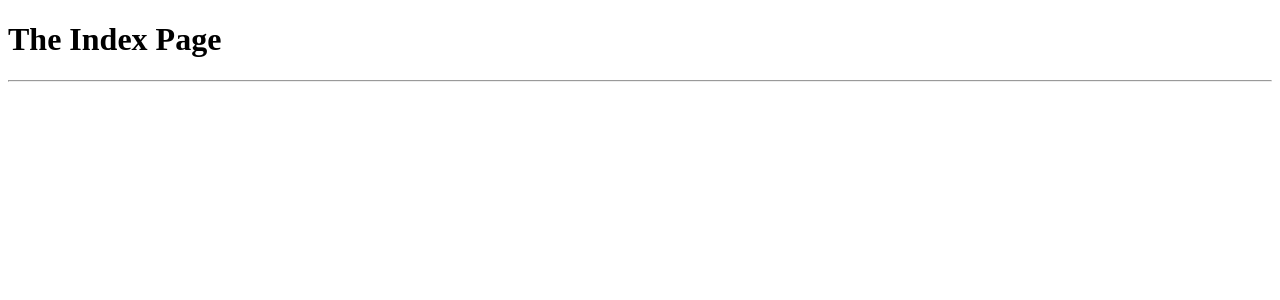
Repository: hohoTT/Ajax_summarize
Page: http://localhost/AjaxHelloDemo/
These files come from the project's save history. The page is drawn as it stood at one moment and after the next save; the edit follows.
The browser window is 1280 px wide. The pictures show the whole page.
The page is served by Tomcat 9.

Above is the page before, as saved 2016-04-13 00:58:40.

After the next save:
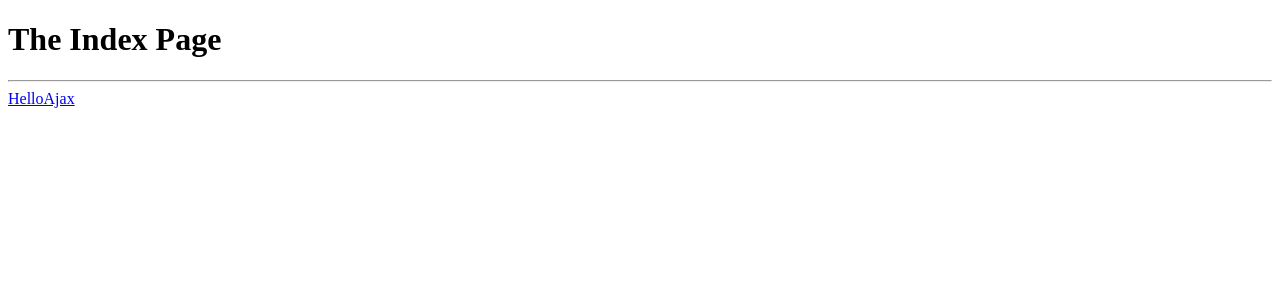
Saved 14 s later.
--- a/AjaxHelloDemo/WebContent/index.jsp
+++ b/AjaxHelloDemo/WebContent/index.jsp
@@ -10,7 +10,7 @@
 
 	<h1>The Index Page</h1><hr/>
 
-	<a href="helloAjax"></a>
+	<a href="helloAjax.txt">HelloAjax</a><br/>
 
 </body>
 </html>
